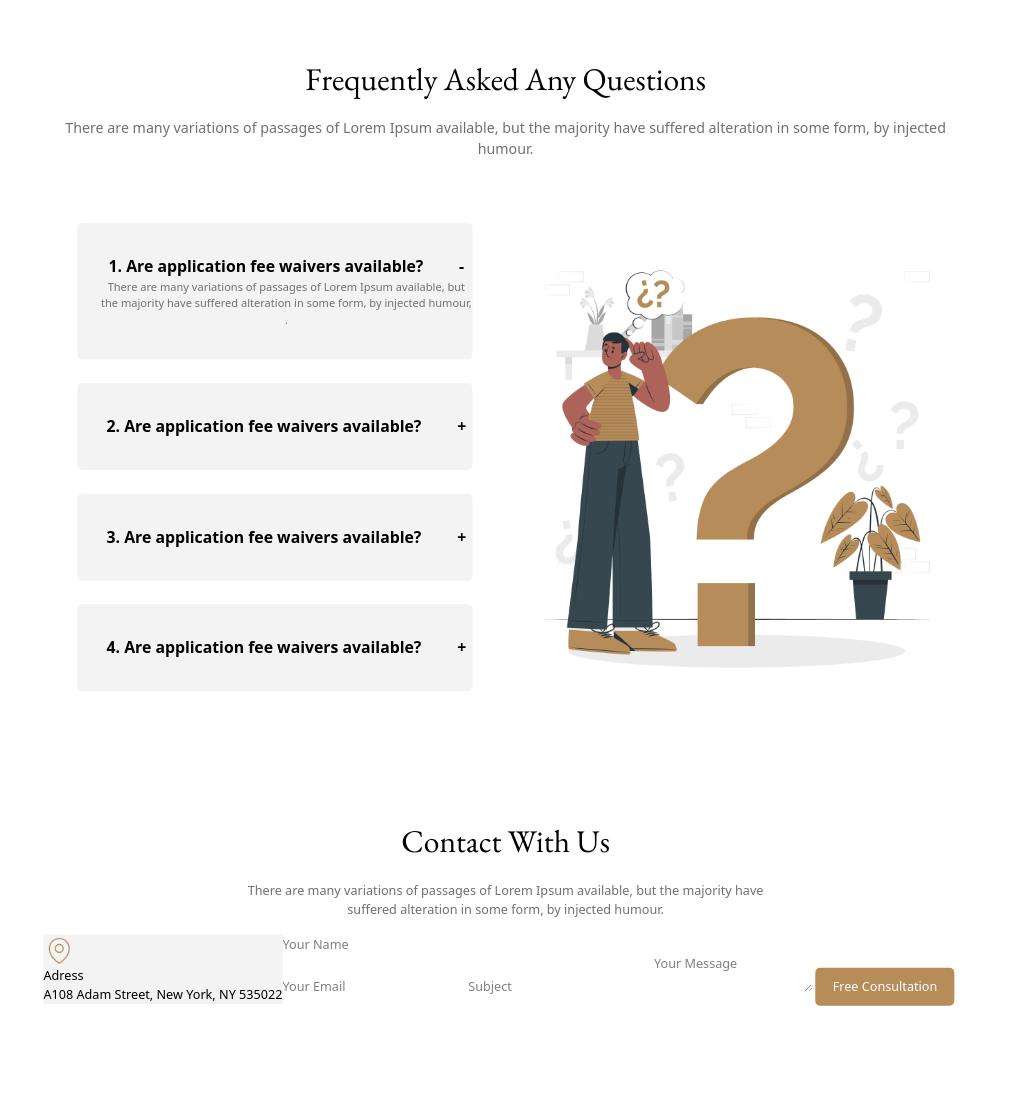
Repository: nahid-hasann/website-6
Page: index.html
An editor plug-in stored every save of this project. The page is shown before and after a run of saves, followed by the edit.
The browser window is 1280 px wide. The pictures show the whole page, at 79% of full size.

Above is the page before, as saved 2025-07-22 11:41:38.

### index.html
<!DOCTYPE html>
<html lang="en">
<head>
    <meta charset="UTF-8">
    <meta name="viewport" content="width=device-width, initial-scale=1.0">
    <script src="https://cdn.jsdelivr.net/npm/@tailwindcss/browser@4"></script>
    <title>Document</title>
    <link rel="stylesheet" href="style.css">
    <link rel="stylesheet" href="https://cdnjs.cloudflare.com/ajax/libs/font-awesome/6.7.2/css/all.min.css" integrity="sha512-Evv84Mr4kqVGRNSgIGL/F/aIDqQb7xQ2vcrdIwxfjThSH8CSR7PBEakCr51Ck+w+/U6swU2Im1vVX0SVk9ABhg==" crossorigin="anonymous" referrerpolicy="no-referrer" />
</head>
<body>

<header class="hidden">

<div class="flex mx-auto w-[1170px]  justify-between items-center my-[30px] ">
    <div>
        <img src="images/logo2.png" alt="">
    </div>
    <div>
        <ul class="flex gap-[20px] text-[#707070]">
            <li><a href="">Home</a></li>
            <li><a href="">Service<i class="fa-solid fa-angle-right ml-[10px]"></i></a></li>
            <li><a href="">Cases<i class="fa-solid fa-angle-right ml-[10px]"></i></a></li>
            <li><a href="">Blog<i class="fa-solid fa-angle-right ml-[10px]"></i></a></li>
            <li><a href="">Contact us<i class="fa-solid fa-angle-right ml-[10px]"></i></a></li>
        </ul>
    </div>
    <div>
        <button class="bg-[#b68c59] py-[12px] px-[22px] text-white rounded-md" >Free Consultation</button>
    </div>
</div>


<div class="banner-img w-[1170px] h-[550px] mx-auto  flex flex-col items-center justify-center mt-[60px] mb-[130px]">
      <div class="banner-content w-[692px]">
         <h1 class="text-[72px] text-center text-white leading-none">We Provide Effective  Legal Solutions</h1>
       <p class="my-[30px] text-center  text-[#E7E7E7]">There are many variations of passages of Lorem Ipsum available, but the majority have suffered alteration in some form, by injected humour.</p>
       <div class="flex justify-center gap-[40px]">
        <input class="bg-white py-[12px] px-[30px] pr-[70px] w-[500px] rounded-md" type="text" name="" placeholder="Search your services" id="">
        <button class="bg-[#b68c59] py-[12px] px-[22px] text-white rounded-md" >Search</button>
       </div>
      </div>
</div>


</header>


<main>
    <section class="card-section xl:w-[1170px] mx-auto lg:mb-[130px] hidden">
        <div class="card-content">
            <h1 class="eb-garamond-ok text-[40px] text-center ">The Legal Practice Area</h1>
            <p class="text-center text-[#707070] my-[20px]">There are many variations of passages of Lorem Ipsum available, but the majority have <br> suffered alteration in some form, by injected humour.</p>
        </div>

        <div class="card-div mt-[100px] grid grid-cols-3">
            <div class="card py-[70px]  border-r border-[#E7E7E7]  border-b  flex flex-col items-center justify-center text-center">
                  <img src="images/business.png" alt="">
                  <h1 class="text-[32px] my-[15px]">Business Law</h1>
                  <p class="text-[#707070] w-[258px] mb-[15px]">There are many variations of passages of Lorem Ipsum available, but the majority have suffered alteration in some form, by injected humour.</p>
                  <img src="images/Frame.png" alt="">
            </div>

             <div class="card bg-[linear-gradient(to_bottom,_#f3f3f3,_#ffffff)]   py-[70px] border-[#E7E7E7] border-r border-b flex flex-col items-center justify-center text-center">
                  <img src="images/criminal.png" alt="">
                  <h1 class="text-[32px] my-[15px]">Criminal Law</h1>
                  <p class="text-[#707070] w-[258px] mb-[15px]">There are many variations of passages of Lorem Ipsum available, but the majority have suffered alteration in some form, by injected humour.</p>
                  <img src="images/Frame.png" alt="">
            </div>

             <div class="card  py-[70px] border-[#E7E7E7] border-b flex flex-col items-center justify-center text-center">
                  <img src="images/child.png" alt="">
                  <h1 class="text-[32px] my-[15px]">Child Support</h1>
                  <p class="text-[#707070] w-[258px] mb-[15px]">There are many variations of passages of Lorem Ipsum available, but the majority have suffered alteration in some form, by injected humour.</p>
                  <img src="images/Frame.png" alt="">
            </div>

             <div class="card border-r border-[#E7E7E7]  py-[70px] flex flex-col items-center justify-center text-center">
                  <img src="images/education.png" alt="">
                  <h1 class="text-[32px] my-[15px]">Education Law</h1>
                  <p class="text-[#707070] w-[258px] mb-[15px]">There are many variations of passages of Lorem Ipsum available, but the majority have suffered alteration in some form, by injected humour.</p>
                  <img src="images/Frame.png" alt="">
            </div>

             <div class="card border-r border-[#E7E7E7]  py-[70px] flex flex-col items-center justify-center text-center">
                  <img src="images/divorce.png" alt="">
                  <h1 class="text-[32px] my-[15px]">Divorce Law</h1>
                  <p class="text-[#707070] w-[258px] mb-[15px]">There are many variations of passages of Lorem Ipsum available, but the majority have suffered alteration in some form, by injected humour.</p>
                  <img src="images/Frame.png" alt="">
            </div>

             <div class="card  py-[70px] flex flex-col items-center justify-center text-center">
                  <img src="images/tax.png" alt="">
                  <h1 class="text-[32px] my-[15px]">Tax Law</h1>
                  <p class="text-[#707070] w-[258px] mb-[15px]">There are many variations of passages of Lorem Ipsum available, but the majority have suffered alteration in some form, by injected humour.</p>
                  <img src="images/Frame.png" alt="">
            </div>
        </div>
    </section>

    <section class="question-section lg:mb-[130px] xl:w-[1170px] sm:my-[70px] mx-auto">
         <h1 class="eb-garamond-ok xl:text-[40px] lg:text-[30px] sm:text-[25px] text-center">Frequently Asked Any Questions</h1>
         <p class="xl:text-[18px] text-center text-[#707070] mt-[18px] sm:text-[13px] sm:px-[20px] mb-[40px]">There are many variations of passages of Lorem Ipsum available, but the majority have suffered alteration in some form, by injected humour.</p>

         <div class="ques-img lg:flex lg:justify-around lg:items-center lg:mt-[80px] ">
             <div class="lg:w-[45%]">
                 <div class=" bg-[#f3f3f3] pl-[30px] py-[40px] rounded-md mb-[30px] sm:text-center sm:w-[500px] mx-auto">
                    <h1 class="lg:text-[18px] xl:text-[20px] font-extrabold ">1. Are application fee waivers available? <span class="ml-[40px]">-</span> </h1>
                    <p class="text-[#707070] lg:text-[14px]">There are many variations of passages of Lorem Ipsum available, but the majority have suffered alteration in some form, by injected humour, . </p>
                 </div>
                 <div class=" bg-[#f3f3f3] pl-[30px] py-[40px] rounded-md mb-[30px] sm:text-center sm:w-[500px] mx-auto">
                    <h1 class="lg:text-[18px] xl:text-[20px] font-extrabold">2. Are application fee waivers available? <span class="ml-[40px]">+</span> </h1>
                 </div>
                 <div class=" bg-[#f3f3f3] pl-[30px] py-[40px] rounded-md mb-[30px] sm:text-center sm:w-[500px] mx-auto">
                    <h1 class="lg:text-[18px] xl:text-[20px] font-extrabold">3. Are application fee waivers available? <span class="ml-[40px]">+</span> </h1>
                 </div>
                 <div class=" bg-[#f3f3f3] pl-[30px] py-[40px] rounded-md mb-[30px] sm:text-center sm:w-[500px] mx-auto">
                    <h1 class="lg:text-[18px] xl:text-[20px] font-extrabold">4. Are application fee waivers available? <span class="ml-[40px]">+</span> </h1>
                 </div>
             </div>
             <div class="lg:w-[45%]">
                <img src="images/faq.png" alt="" class="max-w-full sm:w-[500px] sm:mx-auto">
             </div>
         </div>
    </section>


    <section class="contact-form-section lg:mb-[130px] xl:w-[1170px] sm:my-[70px] mx-auto">
         <h1 class="eb-garamond-ok text-[40px] text-center ">Contact With Us</h1>
            <p class="text-center text-[#707070] my-[20px]">There are many variations of passages of Lorem Ipsum available, but the majority have <br> suffered alteration in some form, by injected humour.</p>

            <div class="contact xl:flex lg:flex">
                 <div class="contact-info">
                <div class="bg-[#f3f3f3]">
                    <img src="images/location.png" alt="">
                    <h1>Adress</h1>
                    <p>A108 Adam Street, New York, NY 535022</p>
                </div>
            </div>
            <div class="contact-form">
                <input type="text" name="" placeholder="Your Name" id=""> <br>
                <input type="email" name="" placeholder="Your Email" id="">
                <input type="text" name="" placeholder="Subject" id="">
                <textarea name="" placeholder="Your Message" id=""></textarea>
                <button class="bg-[#b68c59] py-[12px] px-[22px] text-white rounded-md" >Free Consultation</button>
            </div>
            </div>
    </section>

</main>





</body>
</html>

### style.css
@import url('https://fonts.googleapis.com/css2?family=EB+Garamond:ital,wght@0,400..800;1,400..800&display=swap');


.eb-garamond-ok {
  font-family: "EB Garamond", serif;
  font-optical-sizing: auto;
  font-style: normal;
}


.banner-img{
    background-image: linear-gradient(rgba(0, 0, 0, 0.5), rgba(0, 0, 0, 0.5)), url('images/banner.png');
}

After the next 5 saves:
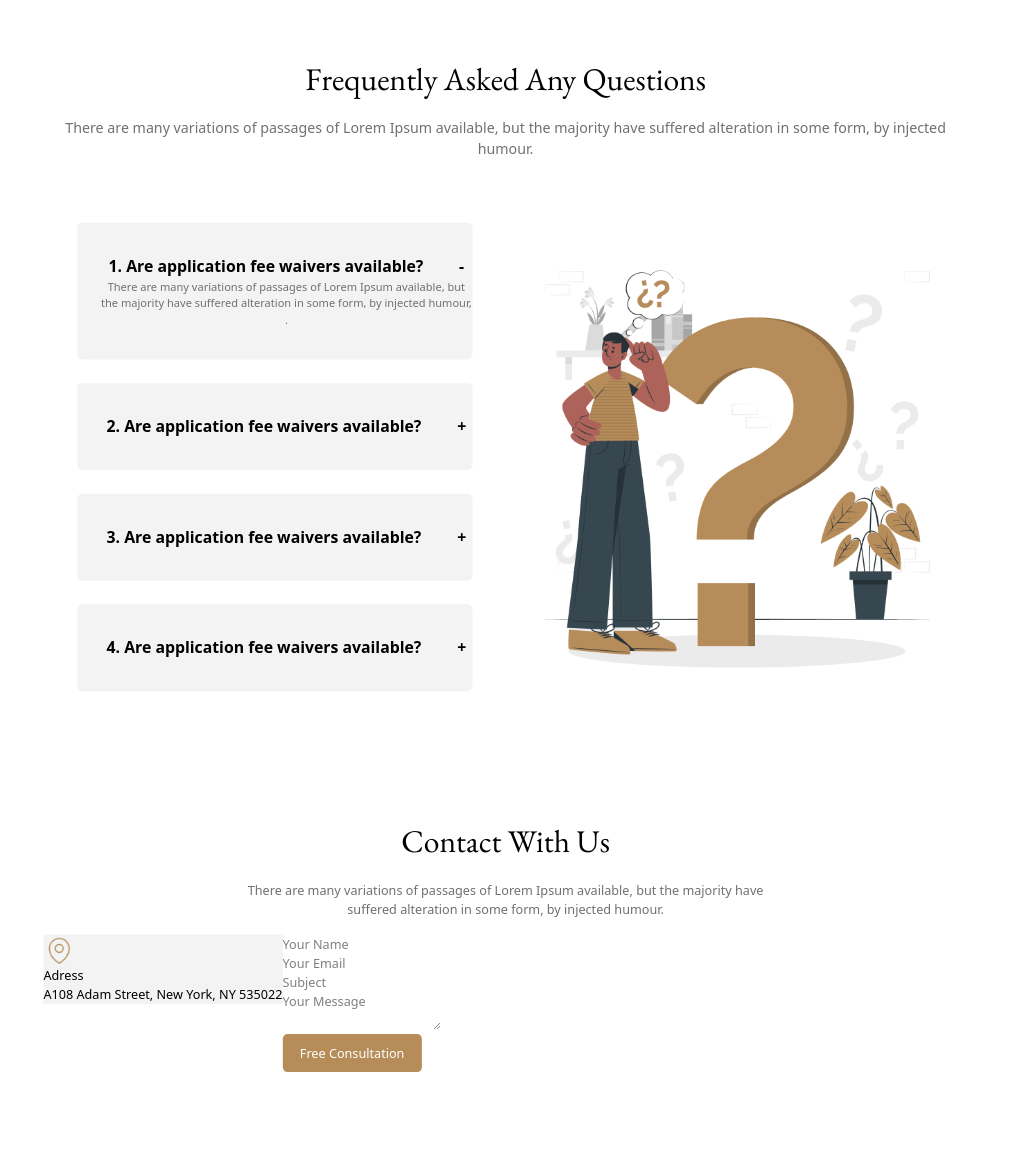
The 5 saves are shown as one change because they came seconds apart.
The last was saved 14 s later.
--- a/index.html
+++ b/index.html
@@ -139,9 +139,9 @@
             </div>
             <div class="contact-form">
                 <input type="text" name="" placeholder="Your Name" id=""> <br>
-                <input type="email" name="" placeholder="Your Email" id="">
-                <input type="text" name="" placeholder="Subject" id="">
-                <textarea name="" placeholder="Your Message" id=""></textarea>
+                <input type="email" name="" placeholder="Your Email" id=""> <br>
+                <input type="text" name="" placeholder="Subject" id=""> <br>
+                <textarea name="" placeholder="Your Message" id=""></textarea> <br>
                 <button class="bg-[#b68c59] py-[12px] px-[22px] text-white rounded-md" >Free Consultation</button>
             </div>
             </div>
